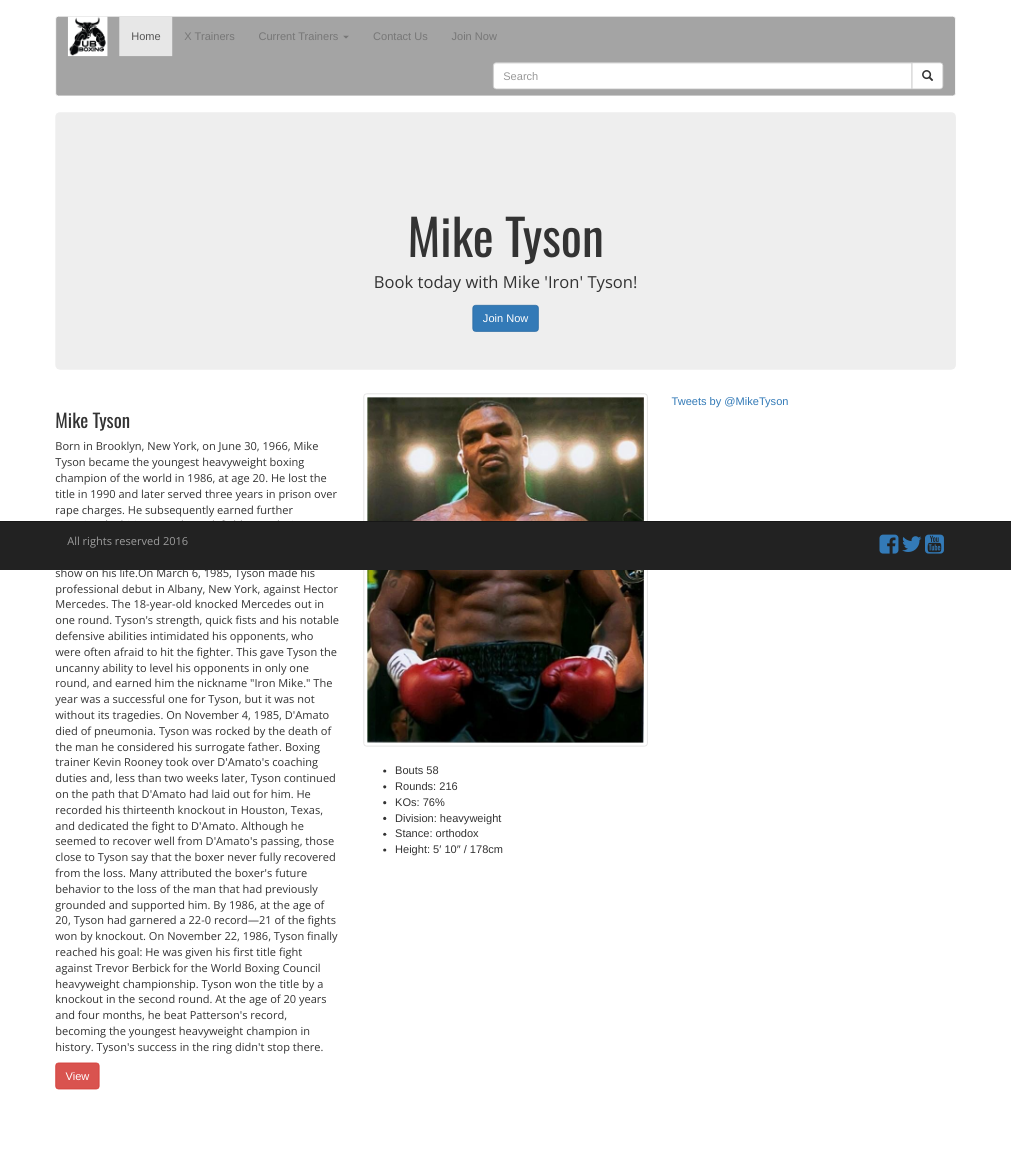
Repository: Dittaa5/2015cde-assesment-
Page: http://localhost/miketyson
The author's editor kept a record of every edit. The page is drawn from the files as they stood at one moment, then again after the next edit.
The browser window is 1280 px wide. The pictures show the whole page, at 79% of full size.
Some web libraries are served in a nearby version. The page is served by the project's application, run on Flask 3 (bootstrap-3.3.6-dist/app.py).

Above is the page before.

After the next edit:
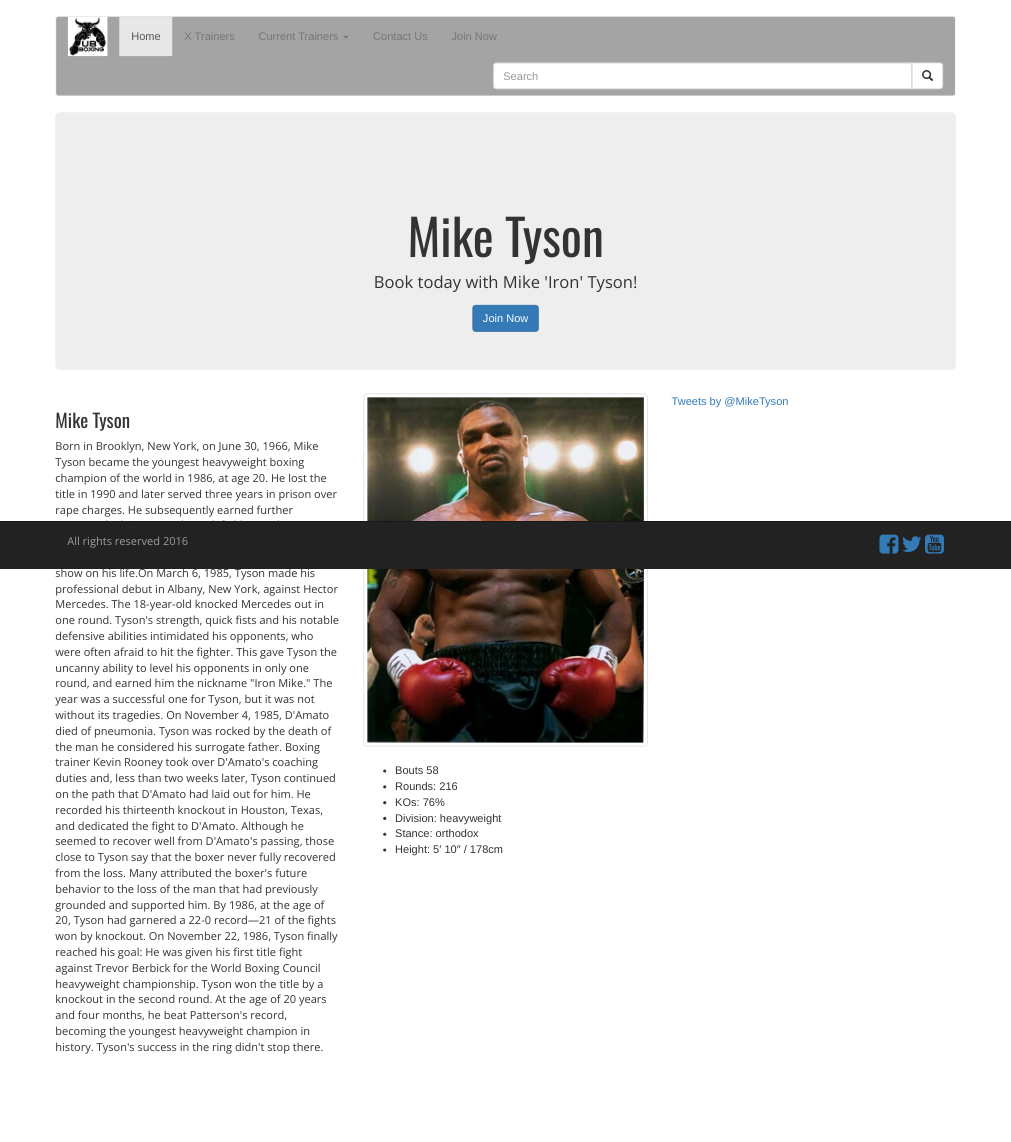
The edit:
--- a/website205New/workspace/bootstrap-3.3.6-dist/templates/miketyson.html
+++ b/website205New/workspace/bootstrap-3.3.6-dist/templates/miketyson.html
@@ -80,7 +80,6 @@
 The year was a successful one for Tyson, but it was not without its tragedies. On November 4, 1985, D'Amato died of pneumonia. Tyson was rocked by the death of the man he considered his surrogate father. Boxing trainer Kevin Rooney took over D'Amato's coaching duties and, less than two weeks later, Tyson continued on the path that D'Amato had laid out for him. He recorded his thirteenth knockout in Houston, Texas, and dedicated the fight to D'Amato. Although he seemed to recover well from D'Amato's passing, those close to Tyson say that the boxer never fully recovered from the loss. Many attributed the boxer's future behavior to the loss of the man that had previously grounded and supported him.
 By 1986, at the age of 20, Tyson had garnered a 22-0 record—21 of the fights won by knockout. On November 22, 1986, Tyson finally reached his goal: He was given his first title fight against Trevor Berbick for the World Boxing Council heavyweight championship. Tyson won the title by a knockout in the second round. At the age of 20 years and four months, he beat Patterson's record, becoming the youngest heavyweight champion in history.
 Tyson's success in the ring didn't stop there.</p>
-        <a href="#" class="btn btn-danger">View</a>
       </div>
       <div class="col-md-4">
       <a href="#" class="thumbnail">
